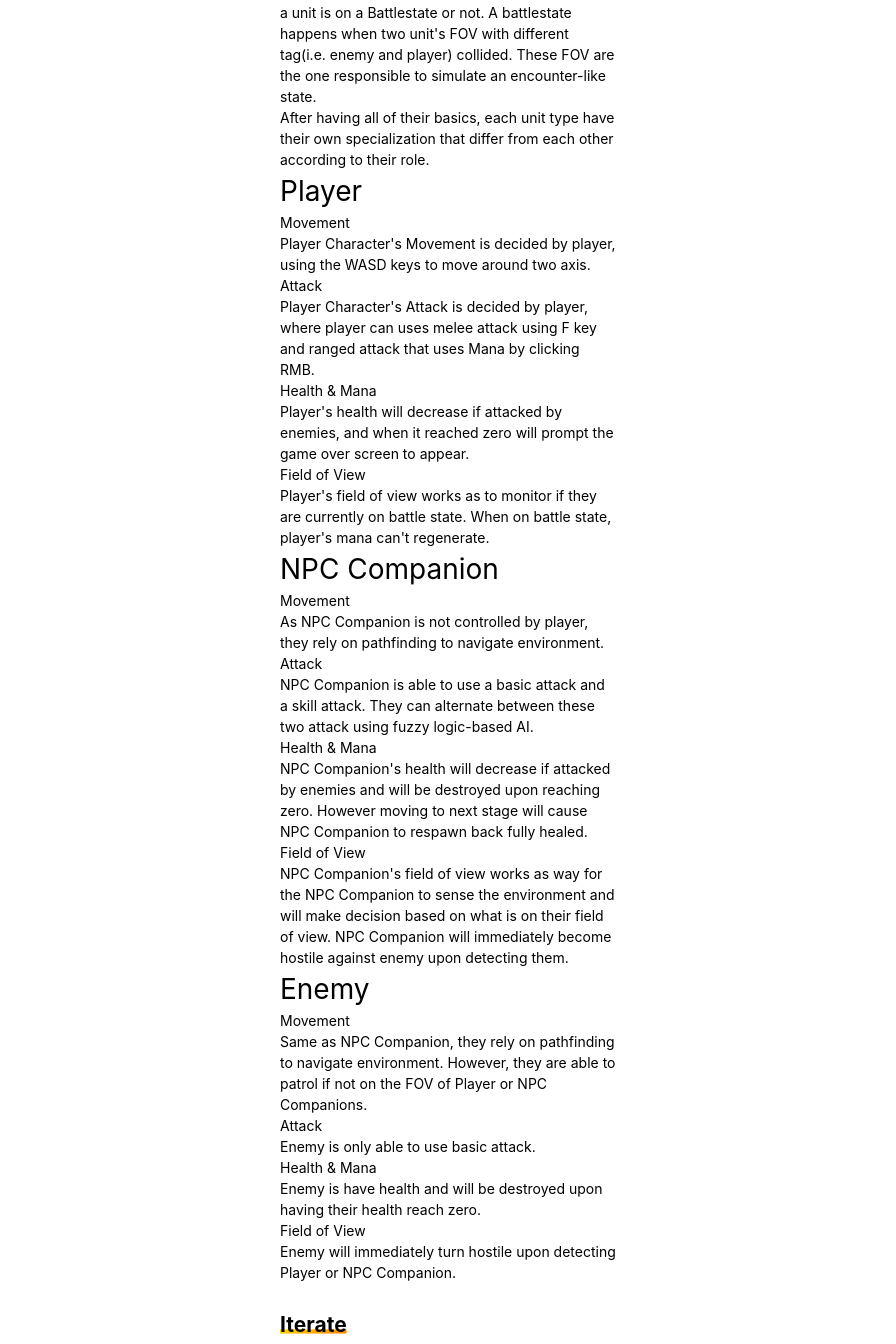
Repository: thortato/thortato.github.io
Page: /IntotheForest
The author's editor kept a copy of each file at every save. The page is drawn from the files as they stood at one save, then again after a run of saves.
The browser window is 1280 px wide. The pictures show the part of the page from y = 2213 to 4133 px (the page is 5626 px tall before and 5554 px after), at 70% of full size.
The project was rebuilt for these pictures with package versions that can differ from the ones it lists, and the page was loaded fresh each time. Also part of the build but not shown: src/App.css, src/Components/Sidebar.css, src/Pages/Sidebar.js, src/Components/HeroImage.js, src/Pages/HeroSection.js, src/Pages/About.js, src/Components/Card.js, src/Pages/Works.js and 3 more.

Above is the page before, as saved 2023-10-03 13:10:04.

After the next 4 saves:
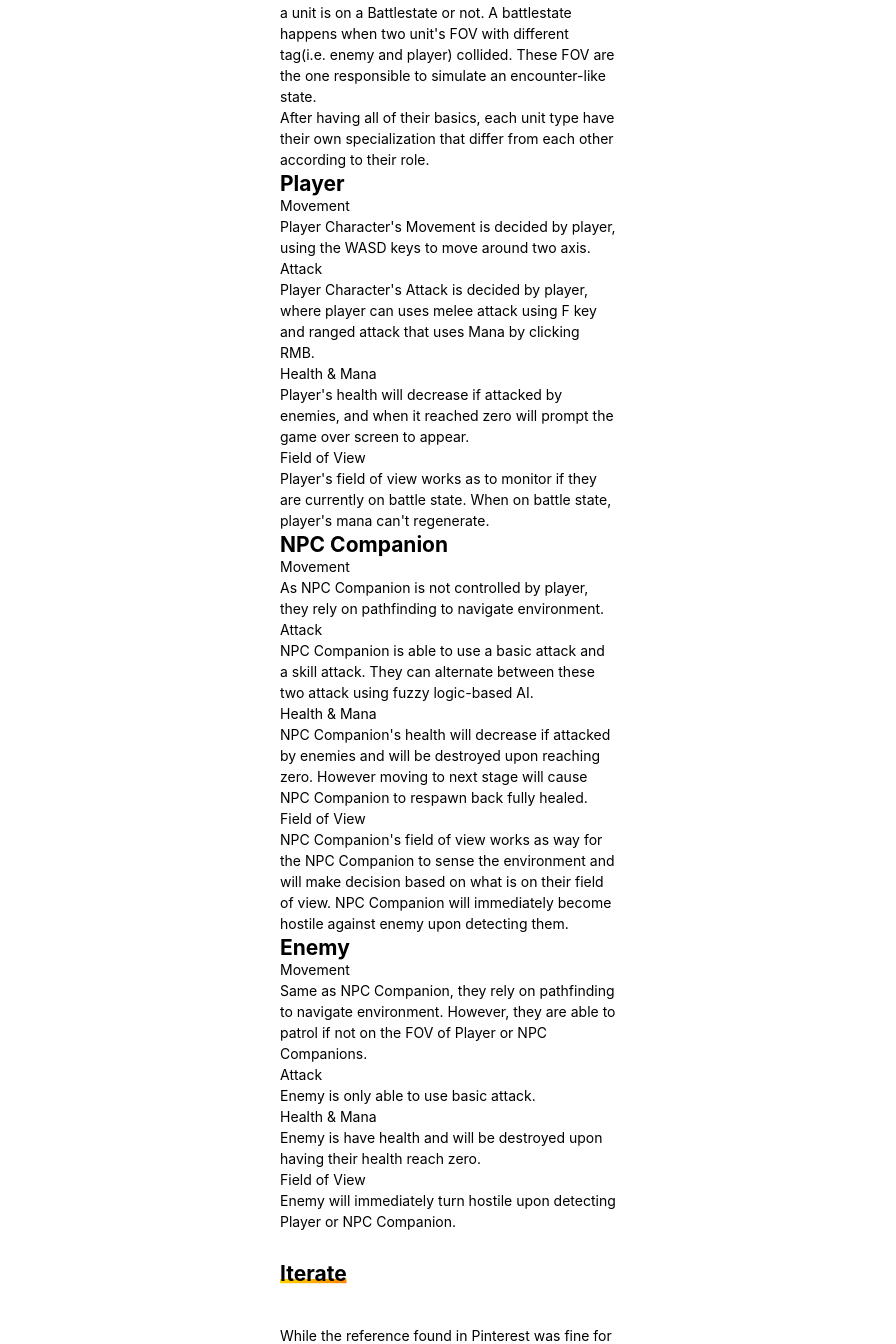
The 4 saves are shown as one change because they came seconds apart.
The last was saved 32 s later.
--- a/src/Pages/Works/Work_IntotheForest.js
+++ b/src/Pages/Works/Work_IntotheForest.js
@@ -78,7 +78,7 @@
                     <p>
                         After having all of their basics, each unit type have their own specialization that differ from each other according to their role.
                     </p>
-                    <h2>Player</h2>
+                    <h2 className="text-3xl font-bold">Player</h2>
                     <p>
                         <ul>
                             <li>Movement</li>
@@ -91,7 +91,7 @@
                             Player's field of view works as to monitor if they are currently on battle state. When on battle state, player's mana can't regenerate.
                         </ul>
                     </p>
-                    <h2>NPC Companion</h2>
+                    <h2 className="text-3xl font-bold">NPC Companion</h2>
                     <p>
                         <ul>
                             <li>Movement</li>
@@ -107,7 +107,7 @@
 
                         </ul>
                     </p>
-                    <h2>Enemy</h2>
+                    <h2 className="text-3xl font-bold">Enemy</h2>
                     <p>
                         <ul>
                             <li>Movement</li>
